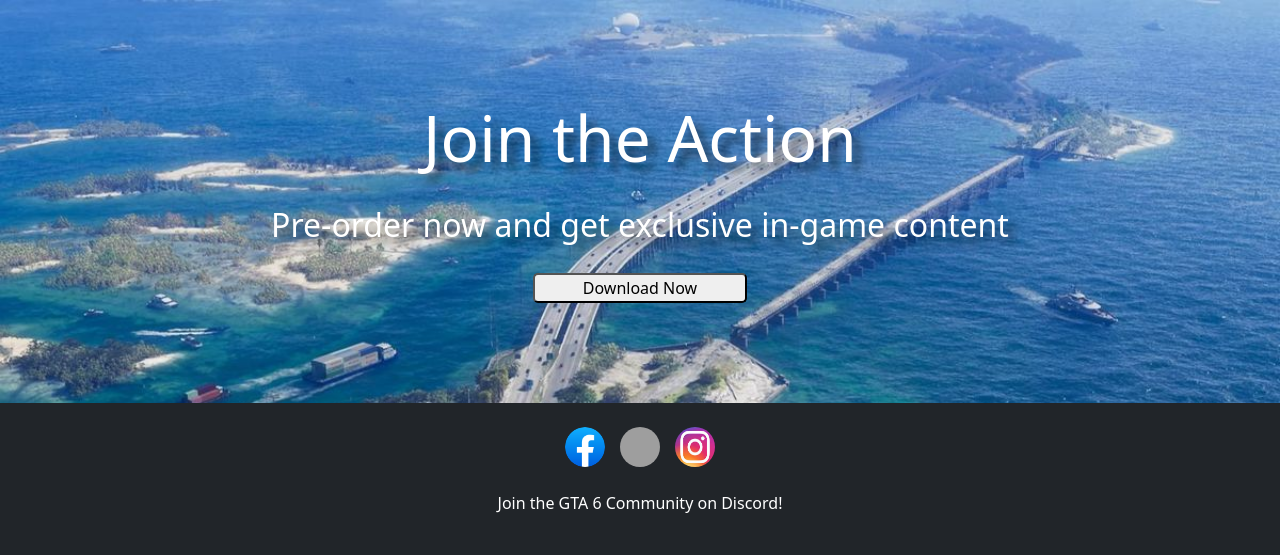
Repository: Ayukh03/GTA-VI-Landing-page
Page: index.html
The author's editor kept a copy of each file at every save. The page is drawn from the files as they stood at one save, then again after the next save.
The browser window is 1280 px wide. The pictures show the part of the page from y = 2662 to 3243 px (the page is 3217 px tall before and 3243 px after).
Pictures or frames that could not be fetched are drawn as grey boxes. A picture or video elsewhere on the page could not be fetched, so the positions and the page height are approximate.

Above is the page before, as saved 2025-02-22 13:34:54.

### index.html
<!DOCTYPE html>
<html lang="en">
<head>
    <meta charset="UTF-8">
    <meta name="viewport" content="width=device-width, initial-scale=1.0">
    <title>GTA 6 - Welcome to Vice City</title>
    <link href="https://cdn.jsdelivr.net/npm/bootstrap@5.3.0/dist/css/bootstrap.min.css" rel="stylesheet">
    <style>
        /* Custom CSS */
        .hero-section {
            background: linear-gradient(rgba(0,0,0,0.5), rgba(0,0,0,0.5));
            background-size: cover;
            background-position: center;
            height: 100vh;
            display: flex;
            align-items: center;
            color: white;
        }

        .hero-title {
            font-size: 8rem;
            font-weight: bold;
            text-shadow: 2px 2px 4px rgba(0,0,0,0.5);
            text-align: center;
        }
        .hero-subtitle {
            font-size: 3rem;
            font-weight: normal;
            text-shadow: 2px 2px 4px rgba(0,0,0,0.5);
            text-align: center;
        }

        .btn{
            display: flex;
            justify-content: center;
            gap: 20px;
        }

        @media (max-width: 768px) {
            .hero-title {
                font-size: 4rem !important;
            }
            .hero-subtitle {
                font-size: 1.5rem !important;
            }
            .btn{
                display: flex;
                flex-direction: column;
                gap: 20px;
            }
        }

        @media (max-width: 576px) {
            .hero-title {
                font-size: 3rem !important;
            }
            .hero-subtitle {
                font-size: 1.25rem !important;
            }
            .btn-group-lg > .btn {
                padding: 0.5rem 1rem;
                font-size: 1rem;
                margin: auto;
            }
            .btn{
                display: flex;
                flex-direction: column;
                gap: 20px;


            }
        }

        button {
            transition: all 0.3s ease;
            border-radius: 5px;
            cursor: pointer;
        }

        button:hover {
            background-color: #ff4d4d;
            color: white;
        }



        .features-section {
            padding: 5rem 0;
            background-color: #f8f9fa;
        }

        .features-section h2 {
            text-align: center;
            margin-bottom: 3rem;
            font: bolder;
            font-size: 3rem;
            padding: 50px;
        }
        .features-section h3 {
            font-size: medium;
        }
        .features-section p {
            font-size: small;
        }

        .feature-item {
            text-align: center;
            margin-bottom: 2rem;
            transition: all 0.3s ease;
            cursor: pointer;
            background-color: transparent;
            border-radius: 10px;
            box-shadow: none;
            padding: 10px;
        }

        .feature-item:hover {
            background-color: #f0f0f0;
            box-shadow: 0 10px 20px rgba(0, 0, 0, 0.3);
        }

        .feature-item img {
            width: 75px;
            height: 75px;
            border-radius: 50%;
            margin-bottom: 1rem;

        }



        .video-container {
            position: relative;
            overflow: hidden;

        }

        .hero-video {
            width: 100%;
            height: auto;
        }

        .news-ticker {
            background: rgba(255,0,0,0.1);
            padding: 15px 0;
            overflow: hidden;
            font: bolder;

        }

        .news-content {
            white-space: nowrap;
            animation: ticker 20s linear infinite;
        }

        @keyframes ticker {
            0% { transform: translateX(100%); }
            100% { transform: translateX(-100%); }
        }

        .testimonial-section {
            background: linear-gradient(rgba(0,0,0,0.7), rgba(0,0,0,0.7)), url('/api/placeholder/1920/1080');
            background-size: cover;
            color: white;
            padding: 80px 0;
        }

        .cta-section {
            background: linear-gradient(45deg, #ff6b6b, #ff8e8e);
            padding: 100px 0;
            color: white;
        }
        .container-cta h2 {
            font-size: 4rem;
            text-shadow: 0.5rem 0.5rem 0.5rem rgba(0,0,0,0.5);
        }
        .container-cta p {
            font-size: 2rem;
            text-shadow: 0.5rem 0.5rem 0.5rem rgba(0,0,0,0.5);
            font: bolder;
        }



        /* Footer Styles */
footer {
    background-color: #333;
    color: white;
    padding: 20px 0;
}

.social-icons {
    display: flex;
    justify-content: center;
    flex-wrap: wrap;
    gap: 15px;
    margin-bottom: 20px;
}

.social-icon {
    width: 40px;
    height: 40px;
    border-radius: 50%;
}

/* Responsive Design */
@media (max-width: 600px) {
    .social-icon {
        width: 30px;
        height: 30px;
    }

    footer p {
        font-size: 14px;
    }
}
    </style>
</head>
<body class="bg-dark">
    <!-- Hero Section -->
    <section class="hero-section text-center position-relative"  style="background-image: url('assets/images/GTA6_background.webp');
    background-size: cover; background-repeat: no-repeat;">
        <div class="container position-relative" style="z-index: 2;">
            <h1 class=" hero-title display-1 mb-4 text-white ">Welcome to GTA 6</h1>
            <p class=" hero-subtitle lead mb-4 text-white">Enter the World of Chaos</p>
            <div class="btn">
                <button class="btn btn-danger btn-lg px-5">Play Now</button>
                <button class="btn btn-danger btn-lg px-5">Learn More</button>
            </div>
        </div>
    </section>

    <!-- Features Section -->
    <section id="features" class="features-section">
        <div class="container" >
            <h2>Game Features</h2>
            <div class="row">
                <div class="col-md-4 feature-item">
                    <img src="assets/images/slider-01.jpg" alt="Open World">
                    <h3>Open-World Exploration</h3>
                    <p>Explore a vast and dynamic world filled with unique locations and activities.</p>
                </div>
                <div class="col-md-4 feature-item">
                    <img src="assets/images/newstory-02.jpg" alt="New Characters">
                    <h3>New Characters</h3>
                    <p>Meet a diverse cast of characters with rich backstories and unique personalities.</p>
                </div>
                <div class="col-md-4 feature-item">
                    <img src="assets/images/slider-02.jpg" alt="Advanced Vehicles">
                    <h3>Advanced Vehicles</h3>
                    <p>Drive and fly a wide range of vehicles, each with its own unique handling and abilities.</p>
                </div>
                <div class="col-md-4 feature-item">
                    <img src="assets/images/slider-05.jpg" alt="Dynamic Weather">
                    <h3>Dynamic Weather and Day/Night Cycle</h3>
                    <p>Experience realistic weather changes and a dynamic day/night cycle that affects gameplay and immersion.</p>
                </div>
                <div class="col-md-4 feature-item">
                    <img src="assets/images/newstory-01.webp" alt="Deep Customization">
                    <h3>Deep Customization</h3>
                    <p>Customize your character, vehicles, and even the world around you with extensive options.Customize your character's appearance, clothing, and abilities.</p>
                </div>
                <div class="col-md-4 feature-item">
                    <img src="assets/images/slider-06.jpg" alt="Multiplayer Enhancements">
                    <h3>Multiplayer Enhancements</h3>
                    <p>Enjoy improved multiplayer modes with new game types, enhanced social features, and seamless integration with friends.</p>
                </div>
            </div>
        </div>
    </section>

    <section>
        <div class="video-container">
            <video autoplay loop muted  plays-inline class="hero-video">
                <source src="assets/videos/Grand Theft Auto VI Trailer 1.mp4" type="video/mp4">
            </video>
            </div>
    </section>

    <!-- News Ticker -->
    <div class="news-ticker">
        <div class="news-content  text-white">
             GTA 6 Coming Soon! |  Welcome to Vice City |  Dynamic Soundtrack |  New Vehicle Mechanics | Next-Gen Graphics
        </div>
    </div>

    <!-- Testimonials -->
    <section class="testimonial-section ">
        <div class="container">
            <h2 class="text-center mb-5">Community Buzz</h2>
            <div class="row">
                <div class="col-md-4 mb-4 ">
                    <div class="p-4 bg-dark rounded ">
                        <p>"Can't wait to explore Vice City again!"</p>
                        <small>- Gaming Universe</small>
                    </div>
                </div>
                <div class="col-md-4 mb-4 ">
                    <div class="p-4 bg-dark rounded">
                        <p>"The graphics are absolutely mind-blowing!"</p>
                        <small>- GameSpot</small>
                    </div>
                </div>
                <div class="col-md-4 mb-4 ">
                    <div class="p-4 bg-dark rounded">
                        <p>"Best GTA yet. A true masterpiece."</p>
                        <small>- IGN</small>
                    </div>
                </div>
            </div>
        </div>
    </section>

    <!-- CTA Section -->
    <section class="cta-section text-center"  style="background-image: url('assets/images/ctaimg.jpg');
    background-size: cover;  background-repeat: no-repeat;">
        <div class="container-cta">
            <h2 class="mb-4">Join the Action</h2>
            <p class="lead mb-4">Pre-order now and get exclusive in-game content</p>
            <button class="btn-download btn-dark btn-lg px-5">Download Now</button>
        </div>
    </section>

    <!-- Footer -->
    <footer class="bg-dark text-white py-4">
        <div class="container text-center">
            <div class="mb-4 social-icons">
                <img src="assets/images/2021_Facebook_icon.svg.png" alt="Facebook" class="social-icon" />
                <img src="assets/images/Twitter.svg.png" alt="Twitter" class="social-icon" />
                <img src="assets/images/instgram.jpeg" alt="Instagram" class="social-icon" />
            </div>
            <p>Join the GTA 6 Community on Discord!</p>
        </div>
    </footer>

    <script src="https://cdn.jsdelivr.net/npm/bootstrap@5.3.0/dist/js/bootstrap.bundle.min.js"></script>
    <script>
        document.addEventListener('DOMContentLoaded', function () {
            // Select all feature items and buttons
            const featureItems = document.querySelectorAll('.row .feature-item');
            const buttons = document.querySelectorAll('button');



            // Function to handle scaling
            function addScaleEffect(element) {
                element.addEventListener('mouseenter', function () {
                    element.style.transform = 'scale(1.05)';
                });

                element.addEventListener('mouseleave', function () {
                    element.style.transform = 'scale(1)';
                });
            }

            // Apply scaling to feature items
            featureItems.forEach(item => addScaleEffect(item));

            // Apply scaling to buttons
            buttons.forEach(btn => addScaleEffect(btn));


        });
    </script>
</body>
</html>

After the next save:
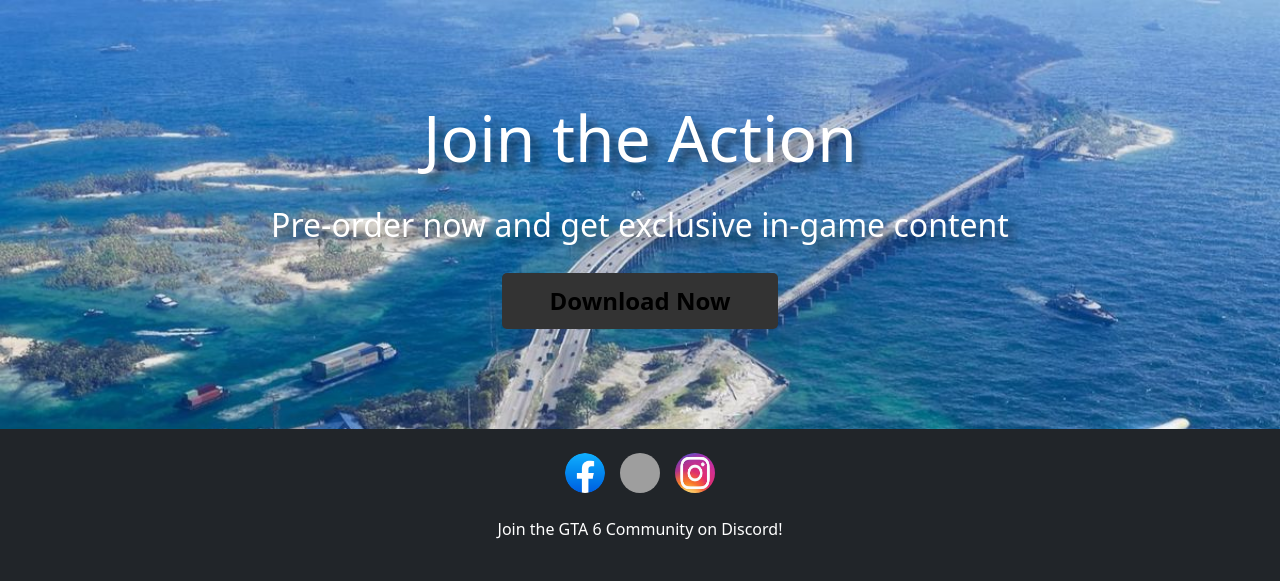
Saved 107 s later.
--- a/index.html
+++ b/index.html
@@ -179,6 +179,14 @@
             text-shadow: 0.5rem 0.5rem 0.5rem rgba(0,0,0,0.5);
             font: bolder;
         }
+        .btn-download {
+            background-color: #333;
+            border: none;
+            padding: 10px 20px;
+            font-size: 1.5rem;
+            font-weight: bold;
+            cursor: pointer;
+        }
 
 
 
